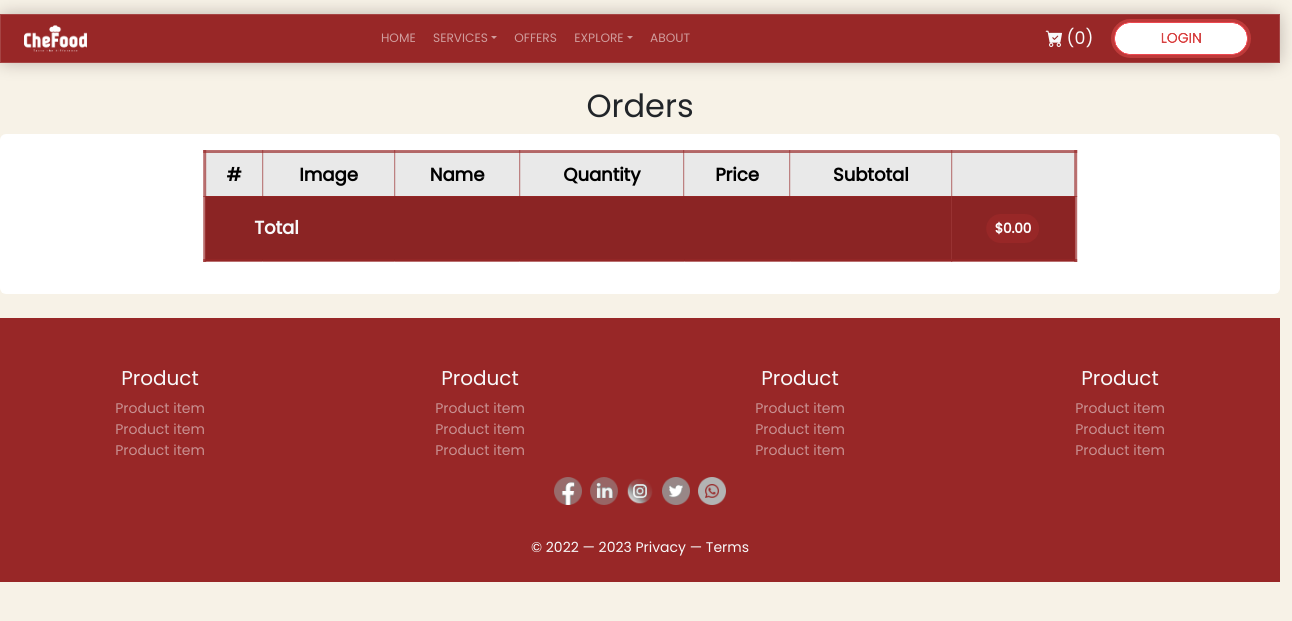
Repository: qamchamine/chefood
Page: /cart (app in front-end/)
An editor plug-in stored every save of this project. The page is shown before and after a run of saves, followed by the edit.
The browser window is 1280 px wide. The page is 1292 px wide, so the pictures cover 1292 px, including what lies to the right of the window. The pictures show the whole page.
The project was rebuilt for these pictures with package versions that can differ from the ones it lists, and the page was loaded fresh each time. Some packages were replaced by stand-ins written for this rebuild. Also part of the build but not shown: front-end/src/css/products.css, front-end/src/components/small_components/ProductCard.jsx, front-end/src/components/small_components/AddProduct.jsx, front-end/src/components/pages/sub-pages/Products.jsx, front-end/src/components/small_components/ButtonMain.jsx, front-end/src/components/small_components/HomeCard.jsx, front-end/src/components/small_components/HomeCardFullSection.jsx, front-end/src/components/pages/Home.jsx and 34 more. Imported but missing from the stored project, and not drawn on this page: front-end/src/sounds/applause.mp3, front-end/src/sounds/wheel.mp3.

Above is the page before, as saved 2023-06-25 20:31:41.

### front-end/public/index.html
<!DOCTYPE html>
<html lang="en">
  <head>
    <meta charset="utf-8" />
    <link rel="icon" href="%PUBLIC_URL%/favicon.ico" />
    <meta name="viewport" content="width=device-width, initial-scale=1" />
    <meta name="theme-color" content="#000000" />
    <meta
      name="description"
      content="Web site created using create-react-app"
    />
    <link
    rel="stylesheet"
    href="https://fonts.googleapis.com/css?family=Roboto:400,700"
  />
  <link rel="stylesheet" href="https://cdn.jsdelivr.net/npm/bootstrap-icons@1.10.5/font/bootstrap-icons.css">

    <link rel="apple-touch-icon" href="%PUBLIC_URL%/logo192.png" />
    <link rel="manifest" href="%PUBLIC_URL%/manifest.json" />

    <link rel="stylesheet" href="https://fonts.googleapis.com/icon?family=Material+Icons">

    <link rel="stylesheet" href="https://maxcdn.bootstrapcdn.com/font-awesome/4.7.0/css/font-awesome.min.css">
    <script src="https://code.jquery.com/jquery-3.5.1.min.js"></script>
    <script src="https://cdn.jsdelivr.net/npm/popper.js@1.16.0/dist/umd/popper.min.js"></script>




    <title>React App</title>
  </head>
  <body>

    <div id="root"></div>
<!--     <script src="jquery/jquery-3.6.0.js"></script>  -->
    <script src="https://unpkg.com/sweetalert/dist/sweetalert.min.js"></script>

  </body>
</html>

### front-end/src/config/ShoppingContext.jsx

  import React, { createContext, useState, useEffect } from 'react';
  import Swal from 'sweetalert2'
  import axios from 'axios';

   const ShoppingContext = createContext();

const ShoppingProvider = ({ children }) => {
/*     const [orders,setOrders] = useState([])
     */

/*       function removeFromCart(item){
        setCartItems(cartItems.filter(product => product.id !== item.id));
        Swal.fire({
          position: 'top-end',
          icon: 'success',
          title: 'Your item has been removed',
          showConfirmButton: false,
          timer: 1500
        });
      } */

      return (
    <ShoppingContext.Provider value={
        { /* orders,setOrders */
          /* products,  cartItems, removeFromCart */
        }
      }>      {children}
    </ShoppingContext.Provider>
  );
};
export { ShoppingContext, ShoppingProvider }

### front-end/src/components/Footer.jsx
import React, { useEffect } from 'react'

import Facebook from '../images/icons/facebook.png'
import Linkedin from '../images/icons/linkedin.png'
import Instagram from '../images/icons/instagram.png'
import Twitter from '../images/icons/twitter.png'
import Whatsapp from '../images/icons/whatsapp.png'
import './../css/nav-footer.css';
export default function Footer() {

    return (
        <div className='footer container-fluid' style={{ background: '#982727' }}>
            <footer className=' py-2 pt-5 d-grid text-light'>
                <div className='row justify-content-around text-center '>
                    <div className='d-grid col-6 col-sm-12 col-md-6 col-lg-4 col-xl-3'>
                        <h5>Product</h5>
                        <a className='text-decoration-none text-light opacity-50' href="">Product item</a>
                        <a className='text-decoration-none text-light opacity-50' href="">Product item</a>
                        <a className='text-decoration-none text-light opacity-50' href="">Product item</a>
                    </div>
                    <div className='d-grid col-6 col-sm-12 col-md-6 col-lg-4 col-xl-3'>
                        <h5>Product</h5>
                        <a className='text-decoration-none text-light opacity-50' href="">Product item</a>
                        <a className='text-decoration-none text-light opacity-50' href="">Product item</a>
                        <a className='text-decoration-none text-light opacity-50' href="">Product item</a>
                    </div>
                    <div className='d-grid col-6 col-sm-12 col-md-6 col-lg-4 col-xl-3'>
                        <h5>Product</h5>
                        <a className='text-decoration-none text-light opacity-50' href="">Product item</a>
                        <a className='text-decoration-none text-light opacity-50' href="">Product item</a>
                        <a className='text-decoration-none text-light opacity-50' href="">Product item</a>
                    </div>
                    <div className='d-grid col-6 col-sm-12 col-md-6 col-lg-4 col-xl-3'>
                        <h5>Product</h5>
                        <a className='text-decoration-none text-light opacity-50' href="">Product item</a>
                        <a className='text-decoration-none text-light opacity-50' href="">Product item</a>
                        <a className='text-decoration-none text-light opacity-50' href="">Product item</a>
                    </div>
                </div>
                <div className='footer-icons row justify-content-center py-3 '>
                    <div className='d-flex gap-2 justify-content-center'>
                        <a href=""> <img src={Facebook} className='footer-icon' alt="" /> </a>
                        <a href=""> <img src={Linkedin} className='footer-icon' alt="" /> </a>
                        <a href=""> <img src={Instagram} className='footer-icon' alt="" /> </a>
                        <a href=""> <img src={Twitter} className='footer-icon' alt="" /> </a>
                        <a href=""> <img src={Whatsapp} className='footer-icon' alt="" /> </a>

                    </div>
                </div>
                <div className='row justify-content-center py-3'>
                    © 2022 — 2023 Privacy — Terms
                </div>
            </footer>
        </div>

    )
}

### front-end/src/components/small_components/shopping/Cart.jsx
import React,{useContext ,useEffect, useState} from 'react';
import axios from 'axios';
import '../../../css/cart.css'
import { ShoppingContext } from '../../../config/ShoppingContext';
import { LoginContext } from '../../../config/LoginContext';
import { getProd } from '../../pages/sub-pages/Products';
export default function Cart() {
    const {orders, setOrders} = useContext(LoginContext);
    const {prod, setProd} = useContext(LoginContext);
    const {userData, setUserData} = useContext(LoginContext);
    const {isLoggedIn} = useContext(LoginContext);
    const {loading, setLoading} = useContext(LoginContext);
    const [userOrders, setUserOrders] = useState([]);

/* useEffect(() => {
  setUserOrders(orders.filter(el=>el.user_id === 1))

  console.log(userOrders);
},[]); */

    return (
        <div className="row my-4 cart-page ">
            <h2 className='text-center'>Orders</h2>
            <div className="col-md-12">
                <div className="card">
                    <div className="card-body">
                        <table className="table table-light ajouterPanierTable table-bordered">
                            <thead>
                                <tr>
                                    <th >#</th>
                                    <th >Image</th>
                                    <th >Name</th>
                                    <th >Quantity</th>
                                    <th >Price</th>
                                    <th>Subtotal</th>
                                    <th ></th>
                                </tr>
                            </thead>
                            <tbody>
                            { isLoggedIn?orders.map((item,i) => (
                                    <tr key={item.id}>

                                        <th scope="row">{i+1}</th>
                                        <td>
                {/*                             <img src={require(`../../../images/products/${prod.find(el=>el.id==item.product_id).category} (${prod.find((el,i)=>el.id===item.product_id).img}).png`)} alt={item.product_name}
                                                className="img-fluid rounded"
                                                width={60} height={60} /> */}
                                        </td>
                                        <td>{item.product_name}</td>
                                        <td>

                                            <b className="mx-2">
                                                {item.product_quantity}
                                            </b>

                                        </td>
                                        <td>{prod.find((el,i)=>el.id===item.product_id).price} <b>MAD</b> </td>
                                       <td>{(item.product_quantity * prod.find((el,i)=>el.id===item.product_id).price).toFixed(2)} MAD</td>
                                        <td>
                                            <i
                                                className="bi bi-cart-x text-danger"
                                                style={{cursor: 'pointer'}}
                                          /*       onClick={() => removeFromCart(item)} */
                                            ></i>
                                        </td>
                                    </tr>
                                )): ''
                            }
                            <tr className='cart-footer'>
                                <th  colSpan={6} className="text-start ps-5 text-light" style={{background:'#982727'}}>
                                    Total
                                </th>
                                <th style={{background:'#982727'}} colSpan={1} className=" py-3 text-light">
                                    <span style={{background:'#982727'}} className="badge text-center p-2 rounded-pill"
                                    >
                                        $
                                        {
                                            orders.reduce((acc,item) => acc += item.product_quantity * prod.find((el,i)=>el.id===item.product_id).price,0).toFixed(2)
                                        }
                                    </span>
                                </th>
                            </tr>
                            </tbody>
                        </table>
                    </div>
                </div>
            </div>
        </div>
    )
}

### front-end/src/css/home.css
.homeBG {
    height: fit-content;
    position: relative;
    right: -10%;
    top: 34%;
    z-index: -1;
    width: 100em !important;


}
@font-face {
    font-family: 'poppin';
    src: url('../fonts/Poppins/Poppins-Regular.ttf') ;
    font-weight: normal;
    font-style: normal;
  }
body {
    font-family:'poppin', sans-serif !important;
    background-color: #F7F2E7 !important;
    max-width: 100vw;
    font-weight: normal !important;
    overflow-x: hidden;
    font-size: 14px !important;
}

body::-webkit-scrollbar {
    width: 0;
}

.nb {
/*     position: fixed; */
/*     top: 1em; */
    background-color: #982727 !important;
    box-shadow: 0 0px 20px #1f020241;
    border: 1px solid #ffffff22;
}

.navbar {
    background-color: #982727 !important;
}

.changeColor {
    background-color: blue !important;
}

.signUP {
    background: white !important;
    color: #982727 !important;
    font-weight: bold !important;
    outline: 5px solid #982727ab;
    outline-offset: -2px;
    transition: 500ms ease;


}

.homeContent {
    height: 90vh;
    z-index: 0;
    margin-top: -1.5em !important;
}

.homeContent h1 {
    color: #F7F2E7;
    text-align: start;
width: 40vw !important;
}

.homeContent h1 span {
    position: relative;
    display: inline-block;
    margin-bottom: 10px;
    padding: 4px 20px 8px;
    transition: 1s ease;
}

.homeContent h1 span::before {
    content: '';
    position: absolute;
    background: #982727;
    left: 0;
    top: 0;
    z-index: -1;
    width: 100%;
    height: 100%;
    transform: skew(-10deg);
}

.homeContent h1 span:last-child::before {
    transform: skew(10deg);
}

.homeContent p {
    width: 72%;
    color: #982727;
    text-align: left;
}

.homeContent .homeMainButtons {
    width: 72%;
}

.cardBtn {
    transition: 1s ease;
}

.cardBtn:hover {
    filter: brightness(130%);

}

.cardBtn i {
    left: 63%;
    transition: 300ms ease;
}

.cardBtn:hover i {
    left: 75%;
}

.btnMain:hover {
    filter: brightness(130%);
}

.card-img-top {
    object-fit: cover;
}

.signUP:hover {

    background: #982727 !important;
    color: white !important;
    font-weight: bold !important;
    outline: 5px solid #ffffff55;
    outline-offset: -4px;
}

.cardsGroup:not(:first-child) {
    translate: 50% 0;
}

.arrow-1-1 {
    position: absolute;
    top: 50%;
    left: 0;
}

.home .carousel-control-prev-icon,
.home .carousel-control-next-icon {

    width: 1.3em;
    height: 1.3em;
    color:black !important;

    outline: 12px solid #982929;
    outline-offset: -1px;
    background-color: #982929;
    background-size: 100%, 100%;
    border-radius: 50%;
    box-shadow: 0 0 10px black;
}

.home .carousel-control-prev,
.home .carousel-control-next {
    z-index: 10;
    width: 4em !important;
/*     background: red; */

}

/* .py-4 {
    padding-top: 0rem !important;
    padding-bottom: 0rem !important;
} */

.nb{
    zoom:87%;
}

### front-end/src/css/cart.css
.ajouterPanierTable td{
    font-size: .9em;
    width: fit-content !important;
    text-align: center;
}
.ajouterPanierTable th{
    width: fit-content !important;
    text-align: center;
    background: rgba(0, 0, 0, 0.088) !important;
}
.ajouterPanierTable .cart-footer{
    background: #982727 !important;
    vertical-align: middle !important;
}

.ajouterPanierTable {
width: 70% !important;
position: relative;
left: 50%;
translate: -50% 0;
border: .2em solid #982727aa !important;
}
.cart-page .card {
    box-shadow:none;
}

### front-end/src/css/Reviews.css
.Reviews-color
{
  color : #982727;
  text-transform: uppercase;
  letter-spacing: 0.5em;
}
.Reviews-paragraph
{
  font-size: 0.8em;
}
.parent-card{
    margin-top:50px !important;
}
.card
{
    border: none !important;
    box-shadow: 0 4px 8px 0 rgba(0, 0, 0, 0.2), 0 6px 20px 0 rgba(0, 0, 0, 0.19);
}
.user-name
{
    color : #000D7E;
}
.description
{
    color: #982727;
    font-size: 0.75em;
}
.comment{
    margin:5px;
    font-size:0.55em;
}
.reviewCardImage{
    margin-top:16px;
}
.reviewCard:hover .reviewCardImage{
    scale:1.2;
    margin-inline:.3em;
}
.reviewCard:hover .reviewCardImage{
    transition:300ms ease;
}
.reviewCard:hover .hoverstar{
    scale:1.2;
    margin-inline:.3em;
}
.reviewCard .hoverstar{
    transition:300ms ease;
}
.reviewCardImage{
    width:40%;
    transition:300ms ease;
}

.reviewCard strong{
    left:50%;
    translate:-50% 0;
    width:100%;
    bottom:.9em;
}

.the-bottom-page{
    margin-top:25px;
    position: absolute;
    left: auto;
    right: 0;
}

@media (max-width: 1200px) { /* Extra large devices (large desktops, 1200px and up) */
    .card {
      width: 100%;
    }
    .col-4 {
      width: 33.33333333%;
    }
    strong img{
        width: 19px;
    }
  }
  @media (max-width: 1118px) { /* Large devices (desktops, 992px and up) */
    .card {
      width: 100%;
    }
    .col-4 {
        width: 33.33333333%;
    }
    strong img{
        width: 16px;
    }
  }
  @media (max-width: 992px) { /* Medium devices (tablets, 768px and up) */
    .card {
        width: 140%;
    }
  }
  @media (max-width: 770px) { /* Medium devices (tablets, 768px and up) */
    .card {
        width: 95%;
    }
    .col-4 {
        width: 25% !important;
    }
    .parent-card
    {
        --bs-gutter-x: 0.5rem;
        display: grid !important;
        grid-template-columns: repeat(2, 1fr);
    }
    .col-4 {
        margin-top:10px !important;
        width: 60% !important;
    }
  }
  @media (max-width: 716px) { /* Small devices (landscape phones, 576px and up) */

    .card {
        width: 95%;
    }
        strong img{
        width: 16px;
    }
  }
  @media only screen and (max-width: 576px){ /* Small devices (landscape phones, 576px and up) */

    .card {
        width: 95%;
    }
    .col-md-2 {
        flex: 0 0 16.666667%;
        max-width: 16.666667%;
    }
    strong img{
        width: 16px;
    }
  }

  @media only screen and (max-width: 528px){ /* Small devices (landscape phones, 576px and up) */

    .card {
        width: 70%;
        margin-left:30px;
    }
    .parent-card
    {
        --bs-gutter-x: 0.5rem;
        display: grid !important;
        grid-template-columns: repeat(1, 1fr);
    }
    .col-md-2 {
        flex: 0 0 16.666667%;
        max-width: 16.666667%;
    }
    strong img{
        width: 16px;
    }
  }

  @media only screen and (max-width: 365px){ /* Small devices (landscape phones, 576px and up) */

    .card {
        width: 80%;
        margin-left:20px;
    }
    .parent-card
    {
        --bs-gutter-x: 0.5rem;
        display: grid !important;
        grid-template-columns: repeat(1, 1fr);
    }
    .col-md-2 {
        flex: 0 0 16.666667%;
        max-width: 16.666667%;
    }
    strong img{
        width: 16px;
    }
  }

### front-end/src/css/location.css
@import url('https://fonts.googleapis.com/css2?family=Roboto:wght@100&display=swap');

.location-color
{
  color : #982727;
  text-transform: uppercase;
  letter-spacing: 0.3em;
}
.where-restorant
{
    width: 459px;
    margin:auto;
}
.restorant-location-title{
    font-family: 'Century Gothic';
    font-size:32px;
    font-weight:400;
}
.restorant-location-line{
    background:#B12222;
    height: 3px;
    width: 450px;
    display: inline-block;
    margin: 15px auto;
}
.restorant-location-p
{
    color:#000000 75%;
    font-size: 15px;
    font-weight: 400;
    font-family: 'Roboto', sans-serif;
}
.main-location{
    display: grid !important;
    grid-template-columns: repeat(2, 1fr);
    flex-direction: column;
    justify-content: center;
    align-items: center;
    text-align:center;
}
.restorant-location-btn{
    background-color: #B12222;
    border: none;
    width: 300px;
    height: 40px;
    border-radius: 15px;
    color: #fff;
}
.restorant-location-btn:hover{
    background-color: #fff;
    border: 2px solid #B12222;
    border-radius: 15px;
    color: #B12222;
}
.location-icon{
    margin-right: 15px;
}


  @media (max-width: 1123px) { /* Extra large devices (large desktops, 1200px and up) */
    .earth-image img{
        width: 450px;
    }
  }
  @media (max-width: 992px) { /* Medium devices (tablets, 768px and up) */
    .earth-image img{
        width: 400px;
    }
    .where-restorant {
        width: 400px;
        margin: auto;
    }
    .restorant-location-line{
        width: 350px;
        display: inline-block;
    }
  }
  @media (max-width: 868px) { /* Medium devices (tablets, 768px and up) */

    .earth-image img{
        width: 380px;
    }
    .where-restorant {
        width: 380px;
        margin: auto;
    }
    .restorant-location-line{
        width: 320px;
        display: inline-block;
    }
    .restorant-location-p{
        font-size: 13px;
    }
    .restorant-location-title{
        font-size:28px;
    }

  }
  @media (max-width: 783px) { /* Small devices (landscape phones, 576px and up) */
    .earth-image img{
        margin-top: 30px;
        width: 380px;
    }
    .where-restorant {
        width: 380px;
        margin: auto;
    }
    .restorant-location-line{
        width: 320px;
        display: inline-block;
    }
    .restorant-location-p{
        font-size: 15px;
    }
    .restorant-location-title{
        font-size:32px;
    }
    .main-location{
        display: grid !important;
        grid-template-columns: repeat(1, 1fr);
        justify-items: center;
        text-align:center;
    }
  }
  @media(max-width: 401px){ /* Small devices (landscape phones, 576px and up) */
    .earth-image img{
        width: 330px;
        margin-top: 30px;
    }
    .where-restorant {
        width: 330px;
        margin: auto;
    }
    .restorant-location-line{
        width: 320px;
        display: inline-block;
    }
    .restorant-location-p{
        font-size: 13px;
    }
    .restorant-location-title{
        font-size:28px;
    }
    .main-location{
        display: grid !important;
        grid-template-columns: repeat(1, 1fr);
        justify-items: center;
        text-align:center;
    }
  }

### front-end/src/css/Timer.css

@import url(https://fonts.googleapis.com/css?family=Titillium+Web:400,200,200italic,300,300italic,900,700italic,700,600italic,600,400italic);

/* .timer {
  font-family: 'Titillium Web', cursive;
  width: 800px;
  margin: 0 auto;
  text-align: center;
  color: white;
  background: #222;
  font-weight: 100;
} */

.timer {
  display: inline-flex;
  line-height: 1;
  padding: 20px;
  font-size: 40px;
  font-family: 'Times New Roman', cursive;


}
.timerD{
    border-radius: 2px;
    padding: 5px;
    font-size: 10px;
    border: 70px rgb(131, 55, 55);
    box-shadow:2px 2px 4px rgba(0, 0, 0, 0.4), 4px 4px 8px rgba(0, 0, 0, 0.2);
}

.Stime {
  display: block;
  font-size: 20px;
  color: rgb(206, 178, 19);

}

#days {
  font-size: 80px;
  color: rgb(92, 25, 5);
  background-color:rgb(230, 230, 234);

  margin: 15px;
}
#hours {
  font-size: 80px;
  color: rgb(92, 25, 5);
  background-color:rgb(230, 230, 234);
  margin: 15px;
}
#minutes {
  font-size: 80px;

  color: rgb(92, 25, 5);
  background-color:rgb(230, 230, 234);
  margin: 15px;
}
#seconds {
  font-size: 80px;
  color: rgb(92, 25, 5);
  background-color:rgb(230, 230, 234);
  margin: 15px;
}

Loaded but not shown: front-end/src/index.css (common file); front-end/src/config/LoginContext.js (93 lines, source omitted); front-end/src/App.js (42 lines, source omitted); front-end/src/index.js (24 lines, source omitted); front-end/src/css/reservation.css (400 lines, source omitted); front-end/src/components/Navbar.jsx (179 lines, source omitted); front-end/src/css/nav-footer.css (258 lines, source omitted); front-end/src/css/contactus.css (178 lines, source omitted)

After the next 2 saves:
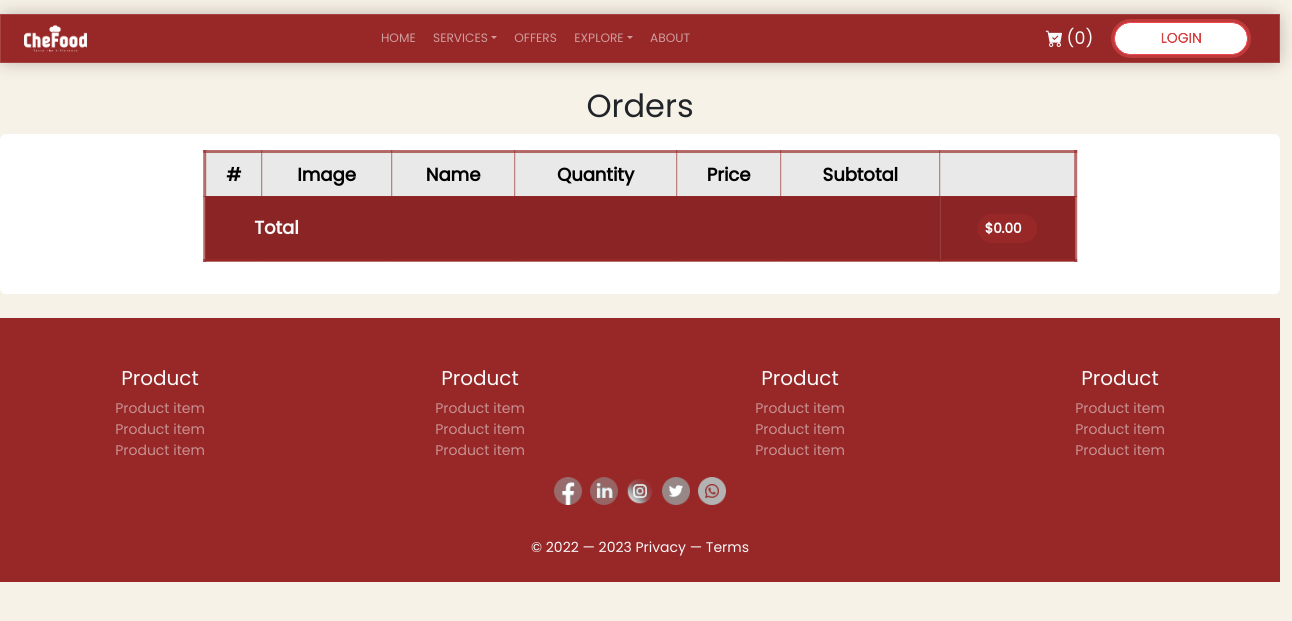
The 2 saves are shown as one change because they came seconds apart.
The last was saved 8 s later.
--- a/front-end/src/components/small_components/shopping/Cart.jsx
+++ b/front-end/src/components/small_components/shopping/Cart.jsx
@@ -71,7 +71,7 @@ export default function Cart() {
                                     Total
                                 </th>
                                 <th style={{background:'#982727'}} colSpan={1} className=" py-3 text-light">
-                                    <span style={{background:'#982727'}} className="badge text-center p-2 rounded-pill"
+                                    <span style={{background:'#982727'}} className="badge text-center p-2 rounded-pill pe-3"
                                     >
                                         $
                                         {
